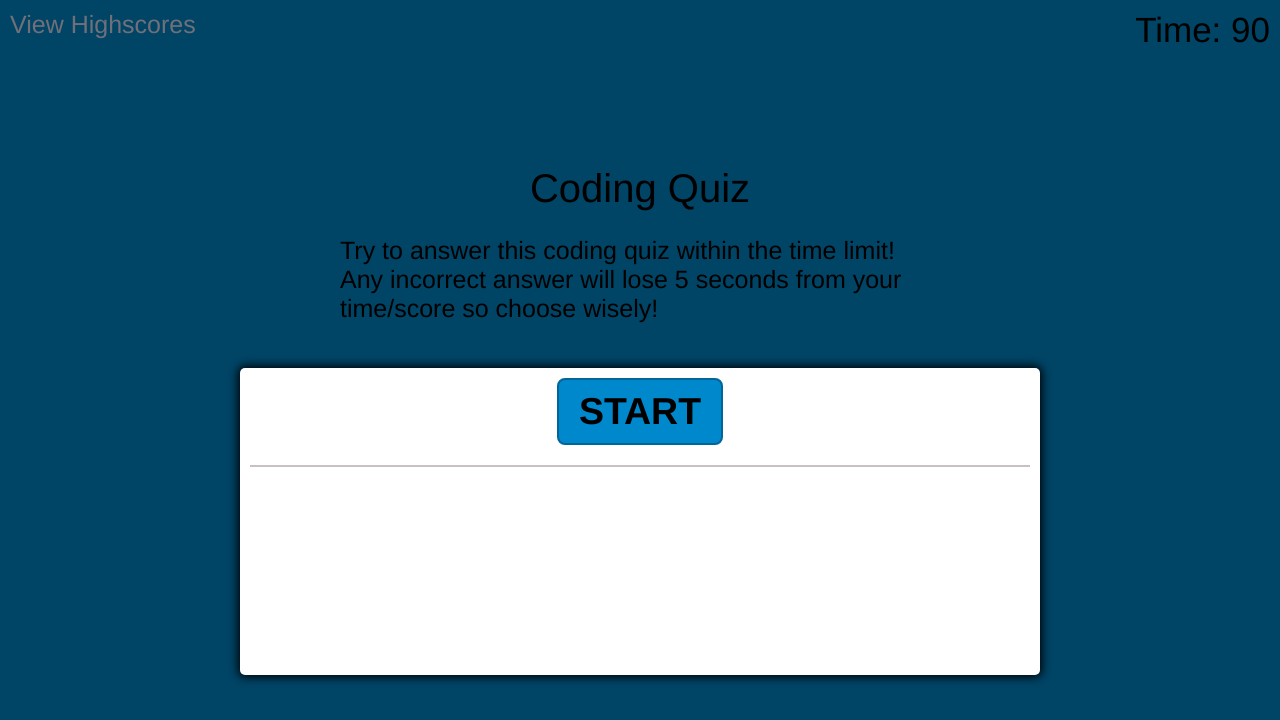
Repository: Vshepard879/Code-Quiz
Page: index.html
An editor plug-in stored every save of this project. The page is shown before and after the next save, followed by the edit.
The browser window is 1280 px wide. The pictures show the whole page.

Above is the page before, as saved 2022-03-20 14:02:34.

After the next save:
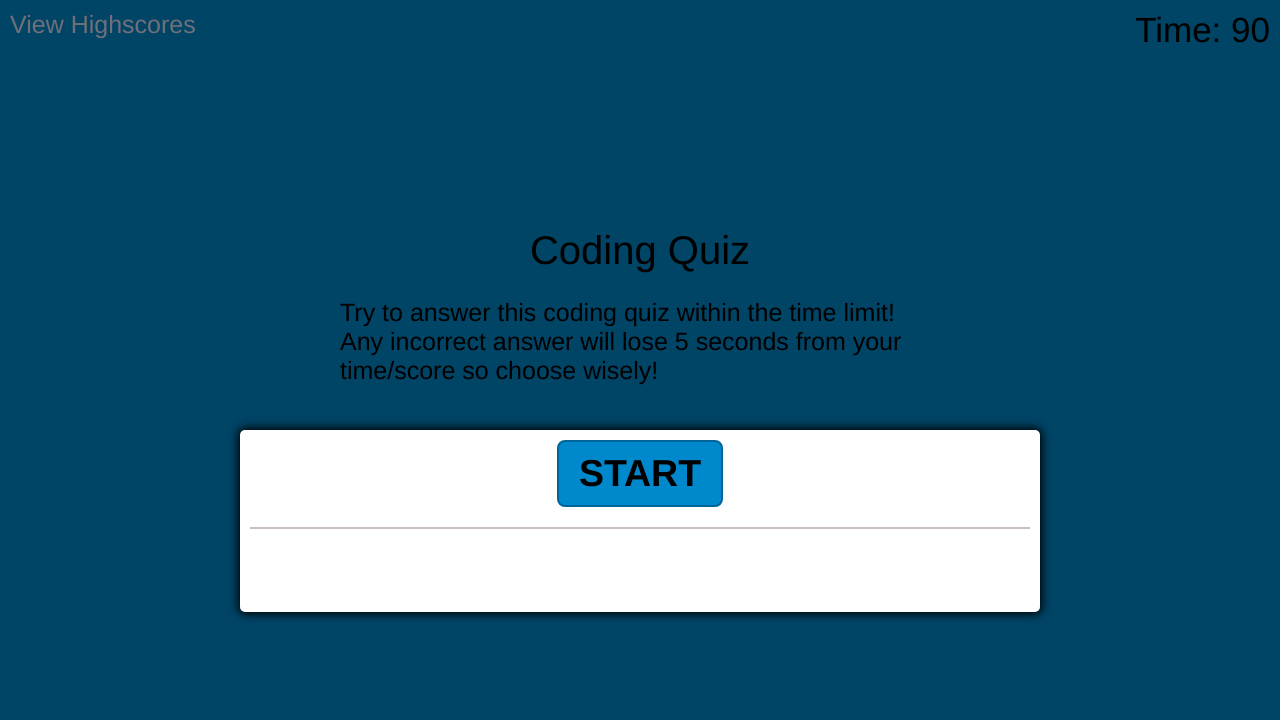
Saved 16 s later.
--- a/assets/css/style.css
+++ b/assets/css/style.css
@@ -43,7 +43,7 @@ body{
     margin-top: 20px;
     padding-top: 10px;
     color: gray;
-    height: 200px;
+    height: 75px;
 
     border-top: 2px solid rgb(201, 193, 193);
 }
